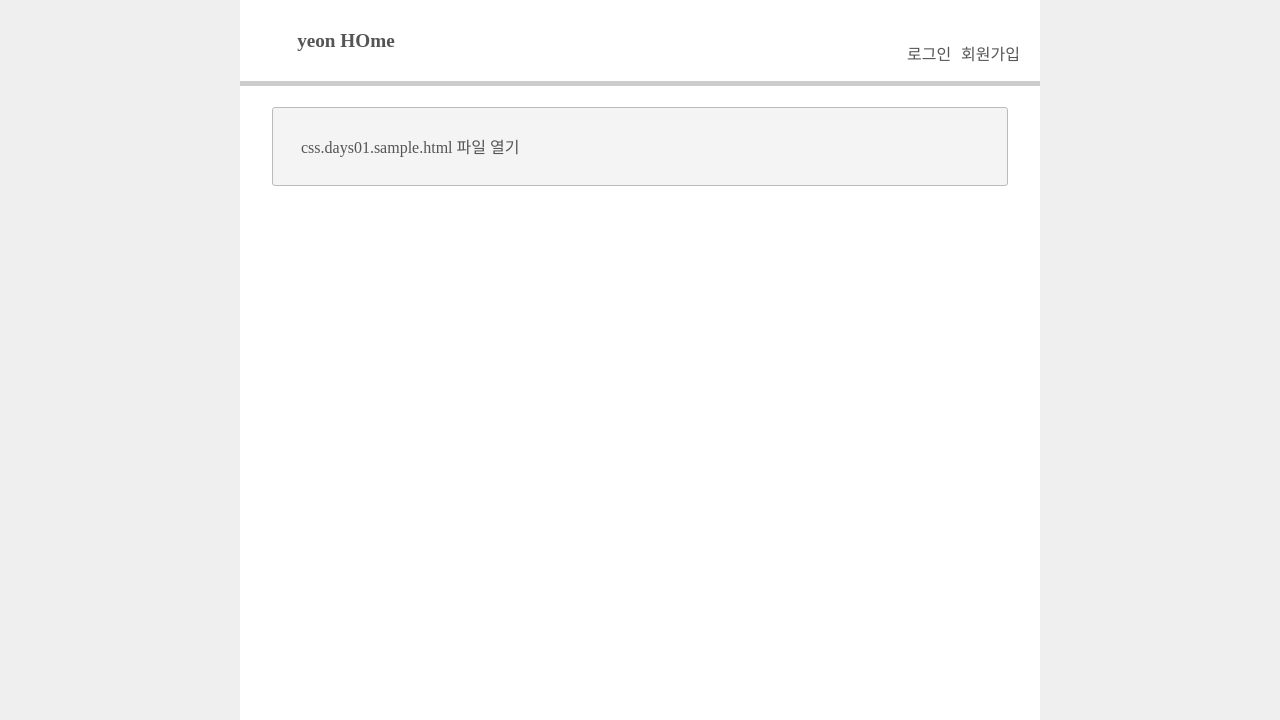
Repository: yeonhwa323/webPro
Page: webPro/src/main/webapp/javascript/days08/ex16_02.html
An editor plug-in stored every save of this project. The page is shown before and after the next save, followed by the edit.
The browser window is 1280 px wide. The pictures show the whole page.
Some web fonts or font styles are not loaded; a fallback is used.

Above is the page before, as saved 2024-04-16 07:27:49.

After the next save:
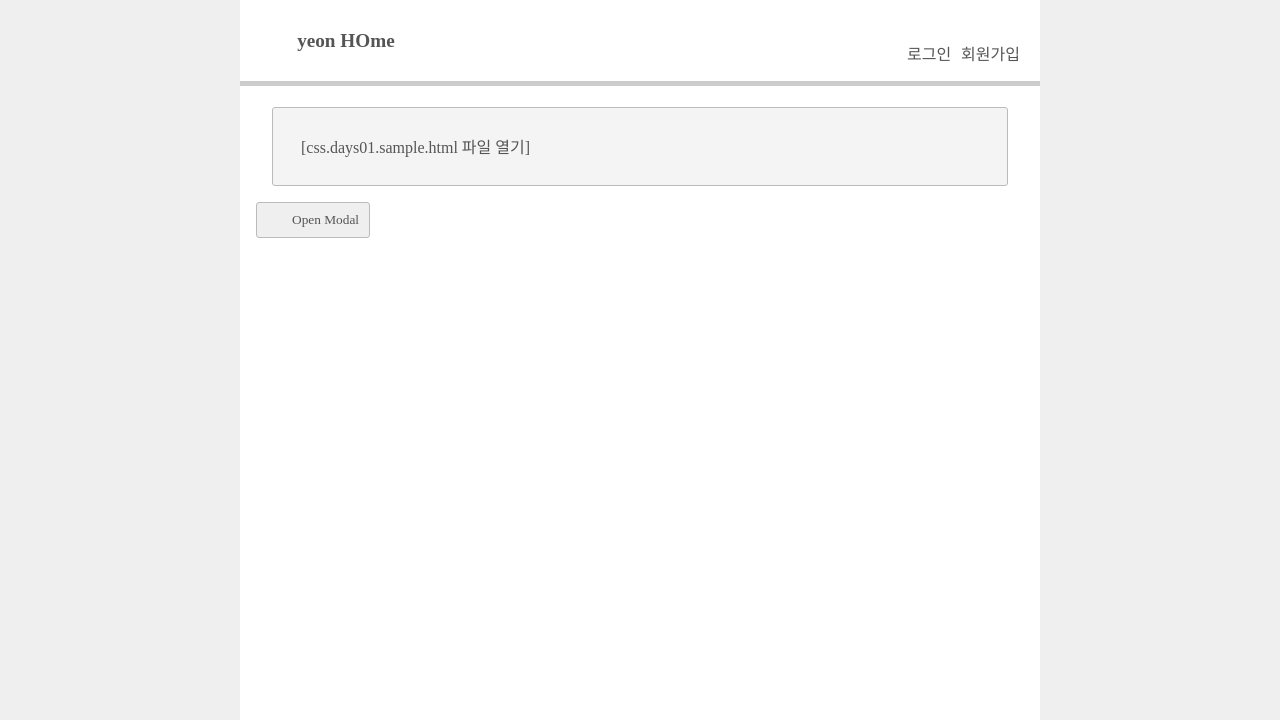
Saved 5 min 22 s later.
--- a/webPro/src/main/webapp/javascript/days08/ex16_02.html
+++ b/webPro/src/main/webapp/javascript/days08/ex16_02.html
@@ -24,8 +24,10 @@
 </header>
 <div>
   <xmp class="code">
-   css.days01.sample.html 파일 열기
+   [css.days01.sample.html 파일 열기]
   </xmp>
+
+  <button id="myBtn">Open Modal</button>
 </div>
 </body>
 </html>
